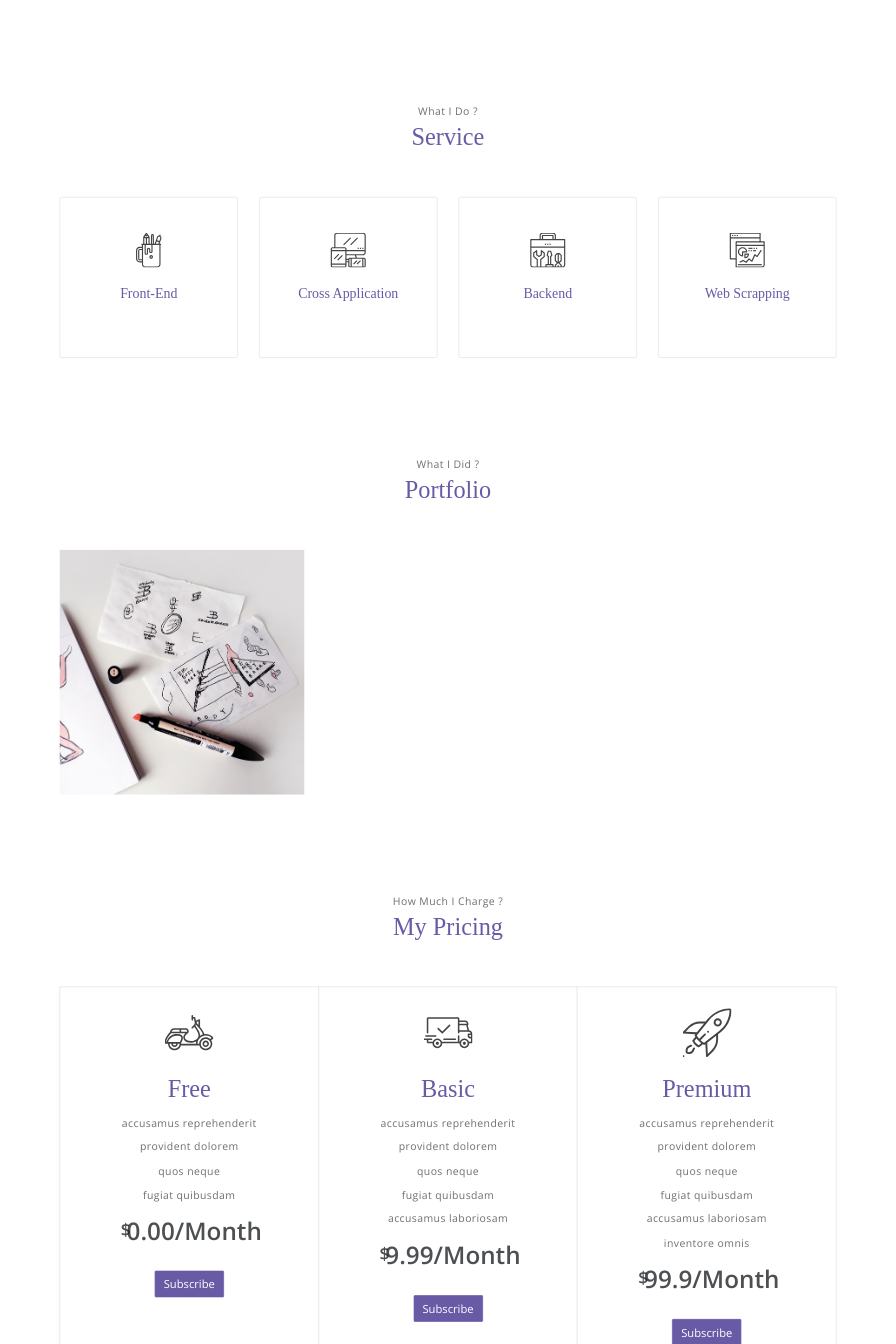
Repository: Soab42/portfolio
Page: /
These files come from the project's save history. The page is drawn as it stood at one moment and after the next save; the edit follows.
The browser window is 1280 px wide. The pictures show the part of the page from y = 1175 to 3095 px (the page is 5436 px tall), at 70% of full size.
Some web fonts or font styles are not loaded; a fallback is used. The project was rebuilt for these pictures with package versions that can differ from the ones it lists, and the page was loaded fresh each time. The framework's server and built-in components were replaced by stand-ins that run in the browser. Also part of the build but not shown: next.config.js.

Above is the page before, as saved 2023-10-09 14:12:30.

### app/layout.js
import "./globals.css";

export const metadata = {
  title: "syfuddhin",
  description: "Portfolio application for Soab Mahmud Syfuddhin",
};

export default function RootLayout({ children }) {
  return (
    <html lang="en">
      <body>{children}</body>
    </html>
  );
}

### app/page.js
/* eslint-disable @next/next/no-sync-scripts */
"use client";

import Nav from "@/components/Nav";
import "../public/assets/css/meyawo.css";
import { useEffect, useState } from "react";
import Heaader from "@/components/Heaader";
import About from "@/components/About";
import Service from "@/components/Service";
import Portfolio from "@/components/Portfolio";
import Pricing from "@/components/Pricing";
import Testmonial from "@/components/Testmonial";
import Contact from "@/components/Contact";
import Footer from "@/components/Footer";
import Blog from "@/components/Blog";
import Hire from "@/components/Hire";

export default function Home() {
  // Function to update scroll position
  const [scroll, setScroll] = useState(false);
  const updateScrollPosition = () => {
    const currentPosition =
      window.pageYOffset || document.documentElement.scrollTop;
    if (currentPosition >= 600) {
      setScroll(true);
    } else {
      setScroll(false);
    }
  };
  // Add scroll event listener on component mount
  useEffect(() => {
    window.addEventListener("scroll", updateScrollPosition);
    return () => {
      // Clean up the event listener on component unmount
      window.removeEventListener("scroll", updateScrollPosition);
    };
  }, []);

  return (
    <body>
      {/* <!-- Page Navbar --> */}
      <Nav scroll={scroll} />
      {/* <!-- End of Page Navbar --> */}
      {/* <!-- page header --> */}
      <Heaader />
      {/* <!-- end of page header --> */}
      {/* <!-- about section --> */}
      <About />
      {/* <!-- end of about section --> */}
      {/* <!-- service section --> */}
      <Service />
      {/* <!-- end of service section --> */}
      {/* <!-- portfolio section --> */}
      <Portfolio />
      {/* <!-- end of portfolio section --> */}
      {/* <!-- pricing section --> */}
      <Pricing />
      {/* <!-- end of pricing section --> */}
      {/* <!-- section --> */}
      <Hire />
      {/* <!-- end of section --> */}
      {/* <!-- testimonial section --> */}
      <Testmonial />
      {/* <!-- end of testimonial section --> */}
      {/* <!-- blog section --> */}
      <Blog />
      {/* <!-- end of blog section --> */}
      {/* <!-- contact section --> */}
      <Contact />
      {/* <!-- end of contact section --> */}
      {/* <!-- footer --> */}
      <Footer />
    </body>
  );
}

### components/Nav.js
import { setupNavigation } from "@/public/assets/js/soab";
import React from "react";

export default function Nav({ scroll }) {
  return (
    <nav className={`custom-navbar ${scroll && "affix"}`}>
      <div className="container">
        <a className="logo" href="#">
          .Syfuddhin
        </a>
        <ul className="nav">
          <li className="item">
            <a className="link" href="#home">
              Home
            </a>
          </li>
          <li className="item">
            <a className="link" href="#about">
              About
            </a>
          </li>
          <li className="item">
            <a className="link" href="#portfolio">
              Portfolio
            </a>
          </li>
          <li className="item">
            <a className="link" href="#testmonial">
              Testmonial
            </a>
          </li>
          <li className="item">
            <a className="link" href="#blog">
              Blog
            </a>
          </li>
          <li className="item">
            <a className="link" href="#contact">
              Contact
            </a>
          </li>
          <li className="item ml-md-3">
            <a href="components.html" className="btn btn-primary">
              Components
            </a>
          </li>
        </ul>
        <btn
          href="#"
          id="nav-toggle"
          onClick={() => setupNavigation()}
          className="hamburger hamburger--elastic"
        >
          <div className="hamburger-box">
            <div className="hamburger-inner"></div>
          </div>
        </btn>
      </div>
    </nav>
  );
}

### components/Heaader.js
import React from "react";

export default function Heaader() {
  return (
    <header id="home" className="header">
      <div className="overlay"></div>
      <div className="header-content container">
        <h1 className="header-title">
          <span className="up">HI!</span>
          <span className="down">I am Soab Mahmud </span>
        </h1>
        <p className="header-subtitle">FRONTEND WEB DEVELOPER</p>

        <a href="#portfolio" className="btn btn-primary">
          Visit My Works
        </a>
      </div>
    </header>
  );
}

### components/About.js
import Image from "next/image";
import React from "react";

export default function About() {
  return (
    <section className="section pt-5 bg-white" id="about">
      {/* <!-- container --> */}
      <div className="container text-center">
        {/* <!-- about wrapper --> */}
        <div className="about">
          <div className="about-img-holder">
            <Image
              width={600}
              height={400}
              src="/assets/imgs/man.png"
              className="about-img"
              alt="Download free bootstrap 4 landing page, free boootstrap 4 templates, Download free bootstrap 4.1 landing page, free boootstrap 4.1.1 templates, meyawo Landing page"
            />
          </div>
          <div className="about-caption">
            <p className="section-subtitle">Who Am I ?</p>
            <h2 className="section-title mb-3">About Me</h2>
            <div>
              <span>
                I am a dedicated web developer with a passion for creating
                digital experiences that leave a mark.
              </span>

              <span>
                Beyond the screen, I&apos;m a sports enthusiast, finding joy in
                playing cricket and football under the open sky. Traveling is my
                escape, as it exposes me to diverse cultures and fuels my
                creativity. Writing is not just a skill; it&apos;s an art form I
                cherish. Honesty is my cornerstone, and teamwork is my strength.
              </span>
              <span>
                I&apos;m a diligent, quick learner who thrives on challenges and
                embraces them as opportunities. My hunger for knowledge is
                insatiable, and I relish acquiring new skills and exploring the
                ever-evolving world of web development. Every day is a chance to
                grow and innovate.
                <hr />
              </span>
            </div>
            <button className="btn-rounded btn btn-outline-primary mt-4">
              Download CV
            </button>
          </div>
        </div>
        {/* <!-- end of about wrapper --> */}
      </div>
      {/* <!-- end of container --> */}
    </section>
  );
}

### components/Service.js
import Image from "next/image";
import React from "react";

export default function Service() {
  return (
    <section className="section bg-white" id="service">
      <div className="container text-center">
        <p className="section-subtitle">What I Do ?</p>
        <h5 className="section-title mb-6">Service</h5>

        {/* <!-- row --> */}
        <div className="row ">
          <div className="col-md-6 col-lg-3">
            <div className="service-card">
              <div className="body">
                <Image
                  width={60}
                  height={50}
                  src="/assets/imgs/pencil-case.svg"
                  alt="Download free bootstrap 4 landing page, free boootstrap 4 templates, Download free bootstrap 4.1 landing page, free boootstrap 4.1.1 templates, meyawo Landing page"
                  className="icon"
                />
                <h5 className="title">Front-End</h5>
                <p className="subtitle">
                  I craft engaging web interfaces ensuring seamless user
                  experiences and captivating designs.
                </p>
              </div>
            </div>
          </div>
          <div className="col-md-6 col-lg-3">
            <div className="service-card">
              <div className="body">
                <Image
                  width={60}
                  height={50}
                  src="/assets/imgs/responsive.svg"
                  alt="Download free bootstrap 4 landing page, free boootstrap 4 templates, Download free bootstrap 4.1 landing page, free boootstrap 4.1.1 templates, meyawo Landing page"
                  className="icon"
                />

                <h5 className="title">Cross Application</h5>
                <p className="subtitle">
                  I create cross-platform mobile applications using Flutter and
                  React Native for efficient and versatile app development.
                </p>
              </div>
            </div>
          </div>
          <div className="col-md-6 col-lg-3">
            <div className="service-card">
              <div className="body">
                <Image
                  width={60}
                  height={50}
                  src="/assets/imgs/toolbox.svg"
                  alt="Download free bootstrap 4 landing page, free boootstrap 4 templates, Download free bootstrap 4.1 landing page, free boootstrap 4.1.1 templates, meyawo Landing page"
                  className="icon"
                />
                <h5 className="title">Backend</h5>
                <p className="subtitle">
                  Offering backend development services, I create efficient,
                  secure, and scalable solutions for your applications.
                </p>
              </div>
            </div>
          </div>
          <div className="col-md-6 col-lg-3">
            <div className="service-card">
              <div className="body">
                <Image
                  width={60}
                  height={50}
                  src="/assets/imgs/analytics.svg"
                  alt="Download free bootstrap 4 landing page, free boootstrap 4 templates, Download free bootstrap 4.1 landing page, free boootstrap 4.1.1 templates, meyawo Landing page"
                  className="icon"
                />
                <h5 className="title">Web Scrapping</h5>
                <p className="subtitle">
                  I provide web scraping services, extracting data from websites
                  ensuring accurate and ethical data retrieval.
                </p>
              </div>
            </div>
          </div>
        </div>
        {/* <!-- end of row --> */}
      </div>
    </section>
  );
}

### components/Portfolio.js
import { projects } from "@/data/projects";
import Image from "next/image";
import ProjectsCard from "./ProjectsCard";

export default function Portfolio() {
  return (
    <section className="section bg-white" id="portfolio">
      <div className="container text-center">
        <p className="section-subtitle">What I Did ?</p>
        <h5 className="section-title mb-6">Portfolio</h5>

        {/* <!-- row --> */}
        <div className="row">
          {projects.map((project) => (
            <ProjectsCard key={project.imgLink} project={project} />
          ))}
          {/* <div className="col-md-4">
            <a href="#" className="portfolio-card">
              <Image
                width={350}
                height={350}
                src="/assets/imgs/folio-1.jpg"
                className="portfolio-card-img"
                alt="Download free bootstrap 4 landing page, free boootstrap 4 templates, Download free bootstrap 4.1 landing page, free boootstrap 4.1.1 templates, meyawo Landing page"
              />
              <span className="portfolio-card-overlay">
                <span className="portfolio-card-caption">
                  <h4>Web Designing</h4>
                  <p className="font-weight-normal">Category: Web Templates</p>
                </span>
              </span>
            </a>
          </div>
          <div className="col-md-4">
            <a href="#" className="portfolio-card">
              <Image
                width={350}
                height={350}
                className="portfolio-card-img img-responsive rounded"
                src="/assets/imgs/folio-2.jpg"
                alt="Download free bootstrap 4 landing page, free boootstrap 4 templates, Download free bootstrap 4.1 landing page, free boootstrap 4.1.1 templates, meyawo Landing page"
              />
              <span className="portfolio-card-overlay">
                <span className="portfolio-card-caption">
                  <h4>Web Designing</h4>
                  <p className="font-weight-normal">Category: Web Templates</p>
                </span>
              </span>
            </a>
          </div>
          <div className="col-md-4">
            <a href="#" className="portfolio-card">
              <Image
                width={350}
                height={350}
                className="portfolio-card-img img-responsive rounded"
                src="/assets/imgs/folio-3.jpg"
                alt="Download free bootstrap 4 landing page, free boootstrap 4 templates, Download free bootstrap 4.1 landing page, free boootstrap 4.1.1 templates, meyawo Landing page"
              />
              <span className="portfolio-card-overlay">
                <span className="portfolio-card-caption">
                  <h4>Web Designing</h4>
                  <p className="font-weight-normal">Category: Web Templates</p>
                </span>
              </span>
            </a>
          </div> */}
        </div>
        {/* <!-- end of row --> */}
      </div>
      {/* <!-- end of container --> */}
    </section>
  );
}

### components/Testmonial.js
import Image from "next/image";
import React from "react";

export default function Testmonial() {
  return (
    <section className="section bg-white" id="testmonial">
      <div className="container text-center">
        <p className="section-subtitle">What Think Client About Me ?</p>
        <h5 className="section-title mb-6">Testmonial</h5>

        {/* <!-- row --> */}
        <div className="row">
          <div className="col-md-6">
            <div className="testimonial-card">
              <div className="testimonial-card-img-holder">
                <Image
                  width={80}
                  height={70}
                  src="/assets/imgs/avatar2.jpg"
                  className="testimonial-card-img"
                  alt="Download free bootstrap 4 landing page, free boootstrap 4 templates, Download free bootstrap 4.1 landing page, free boootstrap 4.1.1 templates, meyawo Landing page"
                />
              </div>
              <div className="testimonial-card-body">
                <p className="testimonial-card-subtitle">
                  Lorem ipsum dolor sit amet, consectetur adipisicing elit.
                  Eaque doloribus autem aperiam earum nostrum omnis blanditiis
                  corporis perspiciatis adipisci nihil.
                </p>
                <h5 className="testimonial-card-title">Emily Reb</h5>
              </div>
            </div>
          </div>
          <div className="col-md-6">
            <div className="testimonial-card">
              <div className="testimonial-card-img-holder">
                <Image
                  width={80}
                  height={70}
                  src="/assets/imgs/avatar3.jpg"
                  className="testimonial-card-img"
                  alt="Download free bootstrap 4 landing page, free boootstrap 4 templates, Download free bootstrap 4.1 landing page, free boootstrap 4.1.1 templates, meyawo Landing page"
                />
              </div>
              <div className="testimonial-card-body">
                <p className="testimonial-card-subtitle">
                  Lorem ipsum dolor sit amet, consectetur adipisicing elit.
                  Eaque doloribus autem aperiam earum nostrum omnis blanditiis
                  corporis perspiciatis adipisci nihil.
                </p>
                <h5 className="testimonial-card-title">Emily Reb</h5>
              </div>
            </div>
          </div>
        </div>
      </div>
      {/* <!-- end of container --> */}
    </section>
  );
}

### components/Contact.js
import React from "react";

export default function Contact() {
  return (
    <section className="section bg-white" id="contact">
      <div className="container text-center">
        <p className="section-subtitle">How can you communicate?</p>
        <h5 className="section-title mb-5">Contact Me</h5>

        {/* <!-- contact form --> */}
        <form action="" className="contact-form col-md-10 col-lg-8 m-auto">
          <div className="form-row">
            <div className="form-group col-sm-6">
              <input
                type="text"
                size="50"
                className="form-control"
                placeholder="Your Name"
                required={true}
              />
            </div>
            <div className="form-group col-sm-6">
              <input
                type="email"
                className="form-control"
                placeholder="Enter Email"
                required={true}
              />
            </div>
            <div className="form-group col-sm-12">
              <textarea
                name="comment"
                id="comment"
                rows="6"
                className="form-control"
                placeholder="Write Something"
              ></textarea>
            </div>
            <div className="form-group col-sm-12 mt-3">
              <input
                type="submit"
                value="Send Message"
                className="btn btn-outline-primary rounded"
              />
            </div>
          </div>
        </form>
        {/* <!-- end of contact form --> */}
      </div>
      {/* <!-- end of container --> */}
    </section>
  );
}

### components/Footer.js
import React from "react";
import {
  FaFacebook,
  FaFacebookF,
  FaGithub,
  FaGoogle,
  FaInstagram,
  FaLinkedin,
  FaLinkedinIn,
  FaWhatsapp,
} from "react-icons/fa";
import {
  TiMail,
  TiSocialFacebook,
  TiSocialGithub,
  TiSocialInstagram,
  TiSocialLinkedin,
} from "react-icons/ti";

export default function Footer() {
  return (
    <div className="footerDiv bg-white">
      <footer className="footer ">
        <p className="mb-0">
          Copyright {new Date().getFullYear()}
          &copy;SYFUDDHIN
        </p>
        <div className="social-links text-right m-auto ml-sm-auto">
          <a href="#" className="link">
            <FaFacebookF />
          </a>
          <a href="#" className="link">
            <FaGoogle />
          </a>
          <a href="#" className="link">
            <FaInstagram />
          </a>

          <a href="#" className="link">
            <FaGithub />
          </a>
          <a href="#" className="link">
            <FaLinkedinIn />
          </a>
          <a href="#" className="link">
            <FaWhatsapp />
          </a>
        </div>
      </footer>
    </div>
  );
}

### components/Hire.js
import React from "react";

export default function Hire() {
  return (
    <section className="section-sm bg-primary ">
      {/* <!-- container --> */}
      <div className="container text-center text-sm-left">
        {/* <!-- row --> */}
        <div className="row align-items-center">
          <div className="col-sm offset-md-1 mb-4 mb-md-0">
            <h5 className="title text-light">Want to work with me?</h5>
            <p className="m-0 text-light">
              Always feel Free to Contact & Hire me
            </p>
          </div>
          <div className="col-sm offset-sm-2 offset-md-3">
            <button className="btn btn-lg my-font btn-light rounded">
              Hire Me
            </button>
          </div>
        </div>
        {/* <!-- end of row --> */}
      </div>
      {/* <!-- end of container --> */}
    </section>
  );
}

### public/assets/js/soab.js
export function setupNavigation() {
  var button = document.getElementById("nav-toggle");

  console.log(button);

  button.classList.toggle("is-active");
  var navList = document.querySelector("ul.nav");
  if (navList) {
    navList.classList.toggle("show");
  }
}

### data/projects.js
export const projects = [
  {
    imgLink: "/assets/imgs/folio-1.jpg",
    title: "Loan Calculator",
    category: "Web Development",
  },
];

### components/ProjectsCard.js
import Image from "next/image";

export default function ProjectsCard({ project }) {
  const { imgLink, title, category } = project;
  return (
    <div className="col-md-4">
      <a href="#" className="portfolio-card">
        <Image
          width={350}
          height={350}
          src={imgLink}
          className="portfolio-card-img"
          alt="Download free bootstrap 4 landing page, free boootstrap 4 templates, Download free bootstrap 4.1 landing page, free boootstrap 4.1.1 templates, meyawo Landing page"
        />
        <span className="portfolio-card-overlay">
          <span className="portfolio-card-caption">
            <h4>{title}</h4>
            <p className="font-weight-normal">Category: {category}</p>
          </span>
        </span>
      </a>
    </div>
  );
}

Loaded but not shown: app/globals.css (common file); public/assets/css/meyawo.css (library); components/Pricing.js (112 lines, source omitted); components/Blog.js (108 lines, source omitted)

After the next save:
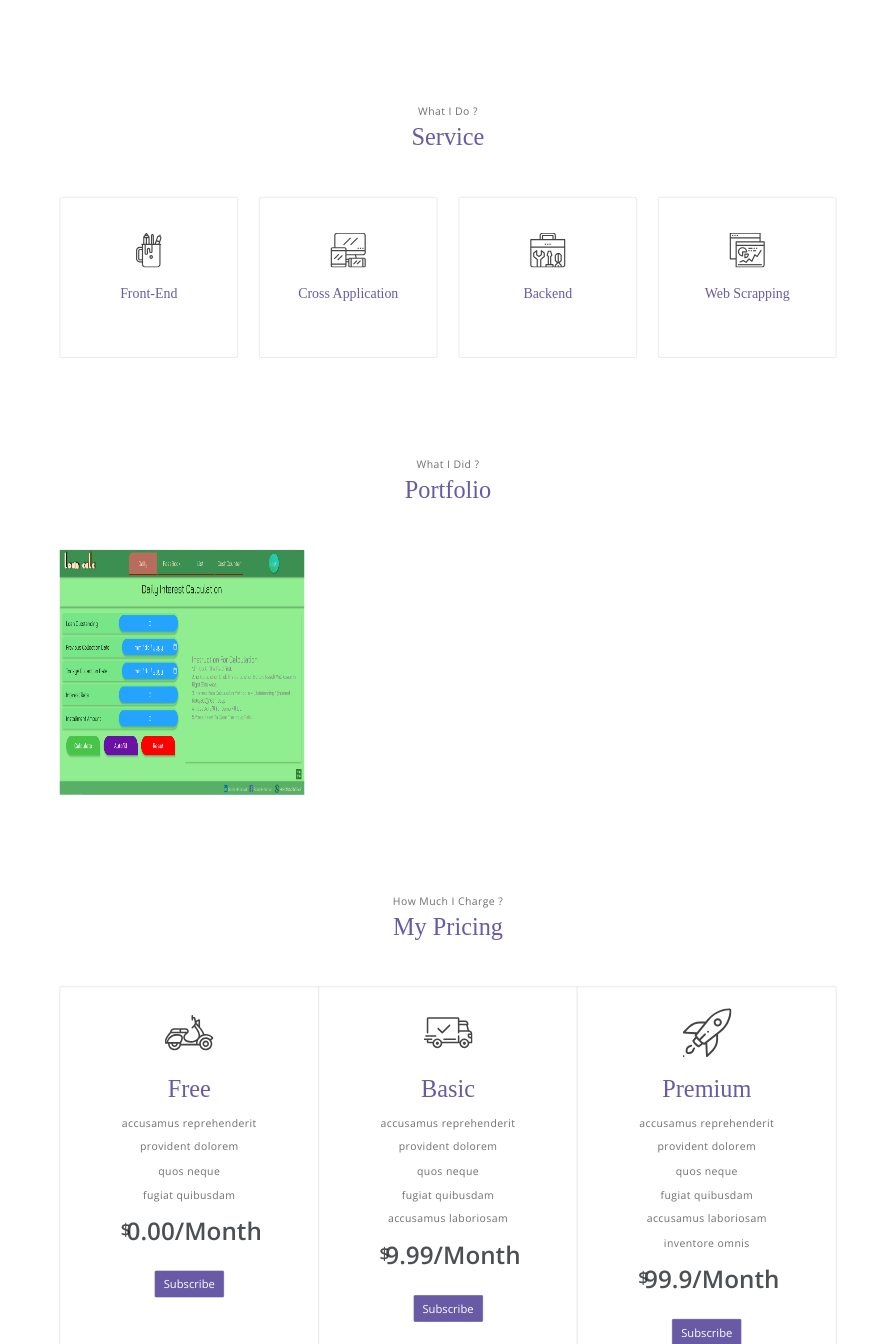
Saved 30 s later.
--- a/data/projects.js
+++ b/data/projects.js
@@ -1,6 +1,6 @@
 export const projects = [
   {
-    imgLink: "/assets/imgs/folio-1.jpg",
+    imgLink: "/assets/imgs/loancalc.png",
     title: "Loan Calculator",
     category: "Web Development",
   },
